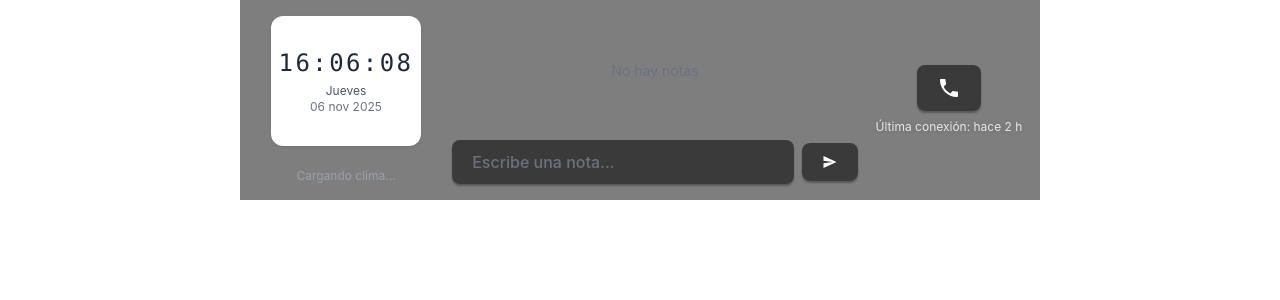
Repository: CodeByEvans/my-romantic-widget
Page: /
These files come from the project's save history. The page is drawn as it stood at one moment and after the next save; the edit follows.
The browser window is 1280 px wide. The pictures show the whole page.
The page's requests for data from a server got no answer. The project was rebuilt for these pictures with package versions that can differ from the ones it lists, and the page was loaded fresh each time. No one was signed in, and anything a server would have sent is missing. Also part of the build but not shown: vite.config.ts.

Above is the page before, as saved 2025-11-06 16:14:05.

After the next save:
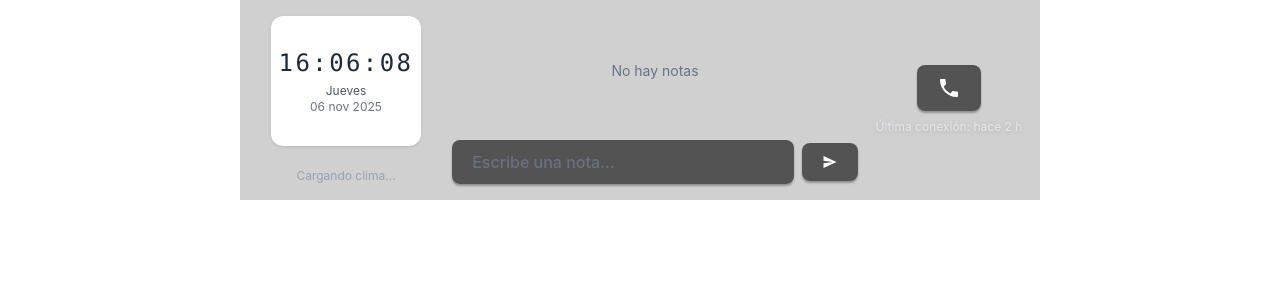
Saved 19 s later.
--- a/src/App.css
+++ b/src/App.css
@@ -27,7 +27,7 @@ main {
   padding: 1rem;
 
   /* Fondo cristal oscuro */
-  background: rgba(20, 20, 20, 0.55);
+  background: rgba(20, 20, 20, 0.2);
   backdrop-filter: blur(18px) saturate(160%);
   -webkit-app-region: drag; /* Permitir mover la ventana */
 }
